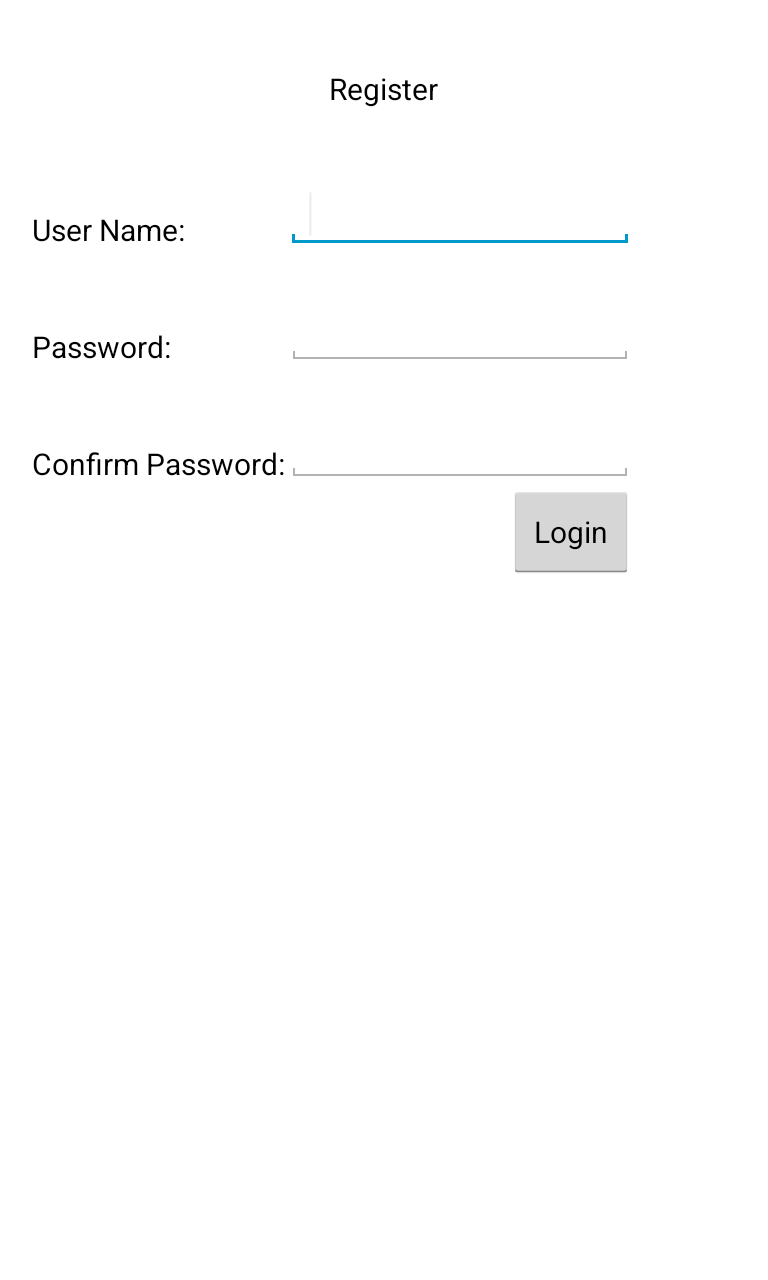
Repository: chrisberry/WebAPIWithAndroidUI
Layout: PeopleAPIAndroid/PeopleAPI/res/layout/register_main.xml
These files come from the project's save history. The layout is drawn as it stood at one moment and after the next save; the edit follows.
It is drawn on a 768 x 1280 px phone screen (xhdpi) without system bars, with theme AppTheme; the app's code is not run.

Above is the layout before, as saved 2014-02-11 19:04:28.

### PeopleAPIAndroid/PeopleAPI/res/layout/register_main.xml
<RelativeLayout xmlns:android="http://schemas.android.com/apk/res/android"
    xmlns:tools="http://schemas.android.com/tools"
    android:layout_width="match_parent"
    android:layout_height="match_parent"
    android:paddingBottom="@dimen/activity_vertical_margin"
    android:paddingLeft="@dimen/activity_horizontal_margin"
    android:paddingRight="@dimen/activity_horizontal_margin"
    android:paddingTop="@dimen/activity_vertical_margin"
    tools:context=".RegisterActivity" >

    <TextView
        android:id="@+id/textHeader"
        android:layout_width="wrap_content"
        android:layout_height="wrap_content"
        android:layout_alignParentTop="true"
        android:layout_centerHorizontal="true"
        android:layout_marginTop="18dp"
        android:text="@string/register_tile"
        android:textAppearance="?android:attr/textAppearanceLarge" />

    <TextView
        android:id="@+id/txtUserName"
        android:layout_width="wrap_content"
        android:layout_height="wrap_content"
        android:layout_alignParentLeft="true"
        android:layout_below="@+id/textHeader"
        android:layout_marginTop="50dp"
        android:text="@string/username"
        android:textAppearance="?android:attr/textAppearanceMedium" />

    <EditText
        android:id="@+id/editUserName"
        android:layout_width="wrap_content"
        android:layout_height="wrap_content"
        android:layout_alignBottom="@+id/txtUserName"
        android:layout_marginLeft="50dp"
        android:layout_toRightOf="@+id/txtUserName"
        android:ems="10" >

        <requestFocus />
    </EditText>

    <TextView
        android:id="@+id/txtPassword"
        android:layout_width="wrap_content"
        android:layout_height="wrap_content"
        android:layout_alignLeft="@+id/txtUserName"
        android:layout_below="@+id/txtUserName"
        android:layout_marginTop="38dp"
        android:text="@string/password"
        android:textAppearance="?android:attr/textAppearanceMedium" />

    <EditText
        android:id="@+id/editPassword"
        android:layout_width="wrap_content"
        android:layout_height="wrap_content"
        android:layout_alignBottom="@+id/txtPassword"
        android:layout_alignLeft="@+id/editUserName"
        android:ems="10"
        android:inputType="textPassword" />

     <TextView
        android:id="@+id/txtConfirmPassword"
        android:layout_width="wrap_content"
        android:layout_height="wrap_content"
        android:layout_alignLeft="@+id/txtPassword"
        android:layout_below="@+id/txtPassword"
        android:layout_marginTop="38dp"
        android:text="@string/confirm_password"
        android:textAppearance="?android:attr/textAppearanceMedium" />
     <EditText
        android:id="@+id/editConfirmPassword"
        android:layout_width="wrap_content"
        android:layout_height="wrap_content"
        android:layout_alignBottom="@+id/txtConfirmPassword"
        android:layout_alignLeft="@+id/editPassword"
        android:ems="10"
        android:inputType="textPassword" />



    <Button
        android:id="@+id/button1"
        android:layout_width="wrap_content"
        android:layout_height="wrap_content"
        android:layout_alignRight="@+id/editConfirmPassword"
        android:layout_below="@+id/editConfirmPassword"
        android:onClick="Register"
        android:text="@string/register" />



</RelativeLayout>

### PeopleAPIAndroid/PeopleAPI/res/values/styles.xml
<resources>

    <!--
        Base application theme, dependent on API level. This theme is replaced
        by AppBaseTheme from res/values-vXX/styles.xml on newer devices.


    -->
    <style name="AppBaseTheme" parent="android:Theme.Light">
        <!--
            Theme customizations available in newer API levels can go in
            res/values-vXX/styles.xml, while customizations related to
            backward-compatibility can go here.


        -->
    </style>

    <!-- Application theme. -->
    <style name="AppTheme" parent="AppBaseTheme">
        <!-- All customizations that are NOT specific to a particular API-level can go here. -->
        <item name="android:textSize">15sp</item>
		 <item name="android:layout_width">fill_parent</item>
        <item name="android:layout_height">wrap_content</item>
        <item name="android:typeface">sans</item>
    </style>

    <style name="CodeFont" parent="@android:style/TextAppearance.Medium">
        <item name="android:layout_width">fill_parent</item>
        <item name="android:layout_height">wrap_content</item>
        <item name="android:textColor">#006699</item>
        <item name="android:typeface">sans</item>
    </style>

</resources>

### PeopleAPIAndroid/PeopleAPI/res/values/strings.xml
<?xml version="1.0" encoding="utf-8"?>
<resources>
    <string name="app_name">People API</string>
    <string name="action_settings">Settings</string>
    <string name="hello_world">Hello world!</string>
    <string name="login_tile">Login</string>
    <string name="register_tile">Register</string>
    <string name="register_prompt">No Account? Register here!</string>
    <string name="password">Password:</string>
    <string name="confirm_password">Confirm Password:</string>
    <string name="login">Login</string>
    <string name="register">Login</string>
    <string name="username">User Name:</string>
</resources>

Loaded but not shown: PeopleAPIAndroid/PeopleAPI/res/values-v11/styles.xml (common file); PeopleAPIAndroid/PeopleAPI/res/values-v14/styles.xml (common file); PeopleAPIAndroid/PeopleAPI/res/values/dimens.xml (common file)

After the next save:
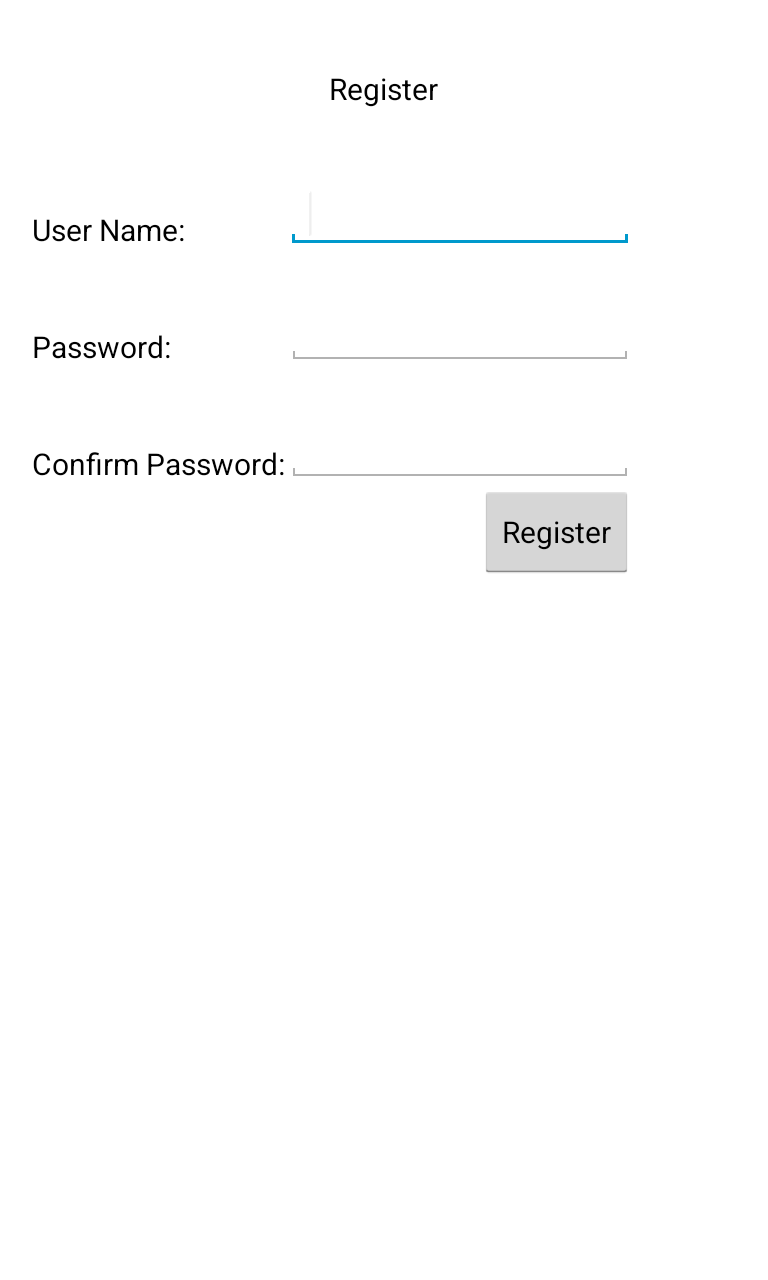
Saved 25 s later.
--- a/PeopleAPIAndroid/PeopleAPI/res/values/strings.xml
+++ b/PeopleAPIAndroid/PeopleAPI/res/values/strings.xml
@@ -9,6 +9,6 @@
     <string name="password">Password:</string>
     <string name="confirm_password">Confirm Password:</string>
     <string name="login">Login</string>
-    <string name="register">Login</string>
+    <string name="register">Register</string>
     <string name="username">User Name:</string>
 </resources>
